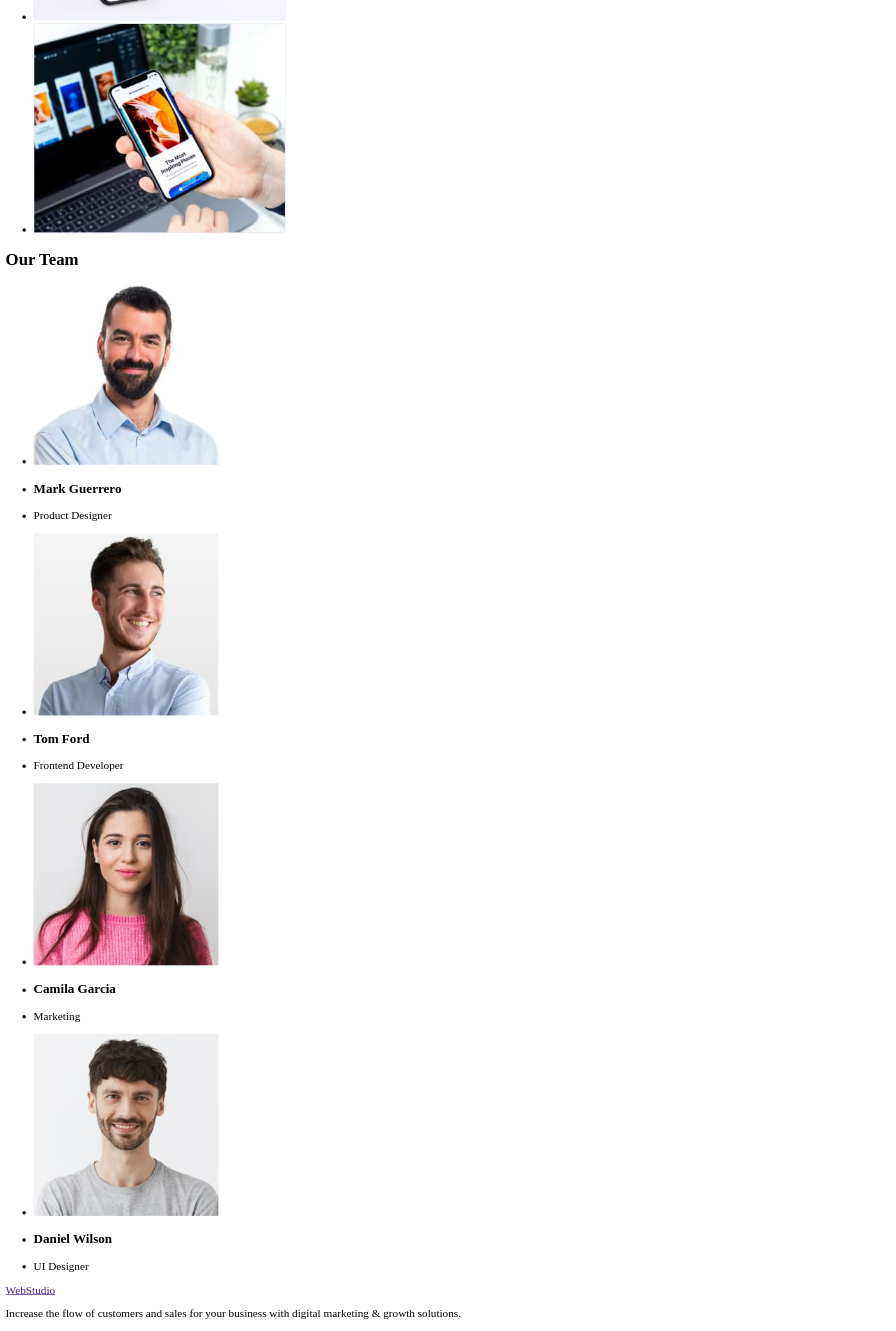
Repository: GrishchenkoNataliya/goit-markup-hw-02
Page: index.html
The author's editor kept a copy of each file at every save. The page is drawn from the files as they stood at one save, then again after the next save.
The browser window is 1280 px wide. The pictures show the part of the page from y = 1190 to 3110 px (the page is 3092 px tall before and 3110 px after), at 70% of full size.

Above is the page before, as saved 2023-02-26 01:22:29.

### index.html
<!DOCTYPE html>
<html lang="en">
  <head>
    <meta charset="UTF-8" />
    <meta http-equiv="X-UA-Compatible" content="IE=edge" />
    <meta name="viewport" content="width=device-width, initial-scale=1.0" />
    <title>homework_1</title>
  </head>
  <body>
    <header>
      <nav></nav>
      <p>
        <a href="">Web</a><a href="">Studio</a>
        <!-- <a href="./index.html"
          ><img src="./images/logo.svg" alt="site logo" /><img
            src="./images/logo2.svg"
            alt="site logo2"
        /></a> -->
      </p>
      <ul>
        <li>
          <a href="" target="_blank" rel="noopener noreferrer nofollow"
            >Studio</a
          >
        </li>
        <li>
          <a href="" target="_blank" rel="noopener noreferrer nofollow"
            >Portfolio</a
          >
        </li>
        <li>
          <a href="" target="_blank" rel="noopener noreferrer nofollow"
            >Contacts</a
          >
        </li>
      </ul>
      <a
        href="mailto:info@devstudio.com"
        target="_blank"
        rel="noopener noreferrer nofollow"
        >info@devstudio.com</a
      >
      <a
        href="tel:+110001111111"
        target="_blank"
        rel="noopener noreferrer nofollow"
        >+11 (000) 111-11-11</a
      >
      <h1>Effective Solutions for Your Business</h1>
      <button type="button">Order Service</button>
      <!-- Dark-bg -->
    </header>
    <main>
      <section>
        <h3>Strategy</h3>
        <p>
          Our goal is to identify the business problem to walk away with the
          perfect and creative solution.
        </p>
        <h3>Punctuality</h3>
        <p>
          Bring the key message to the brand's audience for the best price
          within the shortest possible time.
        </p>
        <h3>Diligence</h3>
        <p>
          Research and confirm brands that present the strongest digital growth
          opportunities and minimize risk.
        </p>
        <h3>Technologies</h3>
        <p>
          Design practice focused on digital experiences. We bring forth a deep
          passion for problem-solving.
        </p>
      </section>
      <section>
        <h2>What are we doing</h2>
        <ul>
          <li>
            <img
              src="./images/Rectangle71-1.jpg"
              alt="Rectangle 71-1"
              width="360"
              height="300"
            />
          </li>
          <li>
            <img
              src="./images/Rectangle71-2.jpg"
              alt="Rectangle 71-2"
              width="360"
              height="300"
            />
          </li>
          <li>
            <img
              src="./images/Rectangle71-3.jpg"
              alt="Rectangle 71-3"
              width="360"
              height="300"
            />
          </li>
        </ul>
      </section>
      <section>
        <h2>Our Team</h2>
        <ul>
          <li>
            <img
              src="./images/img1.jpg"
              alt="Mark Guerrero"
              width="264"
              height=""
            />
          </li>
          <li><h3>Mark Guerrero</h3></li>
          <li><p>Product Designer</p></li>
        </ul>
        <ul>
          <li>
            <img
              src="./images/img2.jpg"
              alt="Tom Ford"
              width="264"
              height="auto"
            />
          </li>
          <li><h3>Tom Ford</h3></li>
          <li><p>Frontend Developer</p></li>
        </ul>
        <ul>
          <li>
            <img
              src="./images/img3.jpg"
              alt="Camila Garcia"
              width="264"
              height="auto"
            />
          </li>
          <li><h3>Camila Garcia</h3></li>
          <li><p>Marketing</p></li>
        </ul>
        <ul>
          <li>
            <img
              src="./images/img4.jpg"
              alt="Daniel Wilson"
              width="264"
              height=""
            />
          </li>
          <li><h3>Daniel Wilson</h3></li>
          <li><p>UI Designer</p></li>
        </ul>
      </section>
    </main>
    <footer>
      <p>
        <a href="">Web</a><a href="">Studio</a>
        <!-- <a href="./index.html"
              ><img src="./images/logo.svg" alt="site logo" /><img
                src="./images/logo2.svg"
                alt="site logo2"
            /></a> -->
      </p>
      <p>
        Increase the flow of customers and sales for your business with digital
        marketing & growth solutions.
      </p>
      <!-- Dark-bg -->
    </footer>
  </body>
</html>

After the next save:
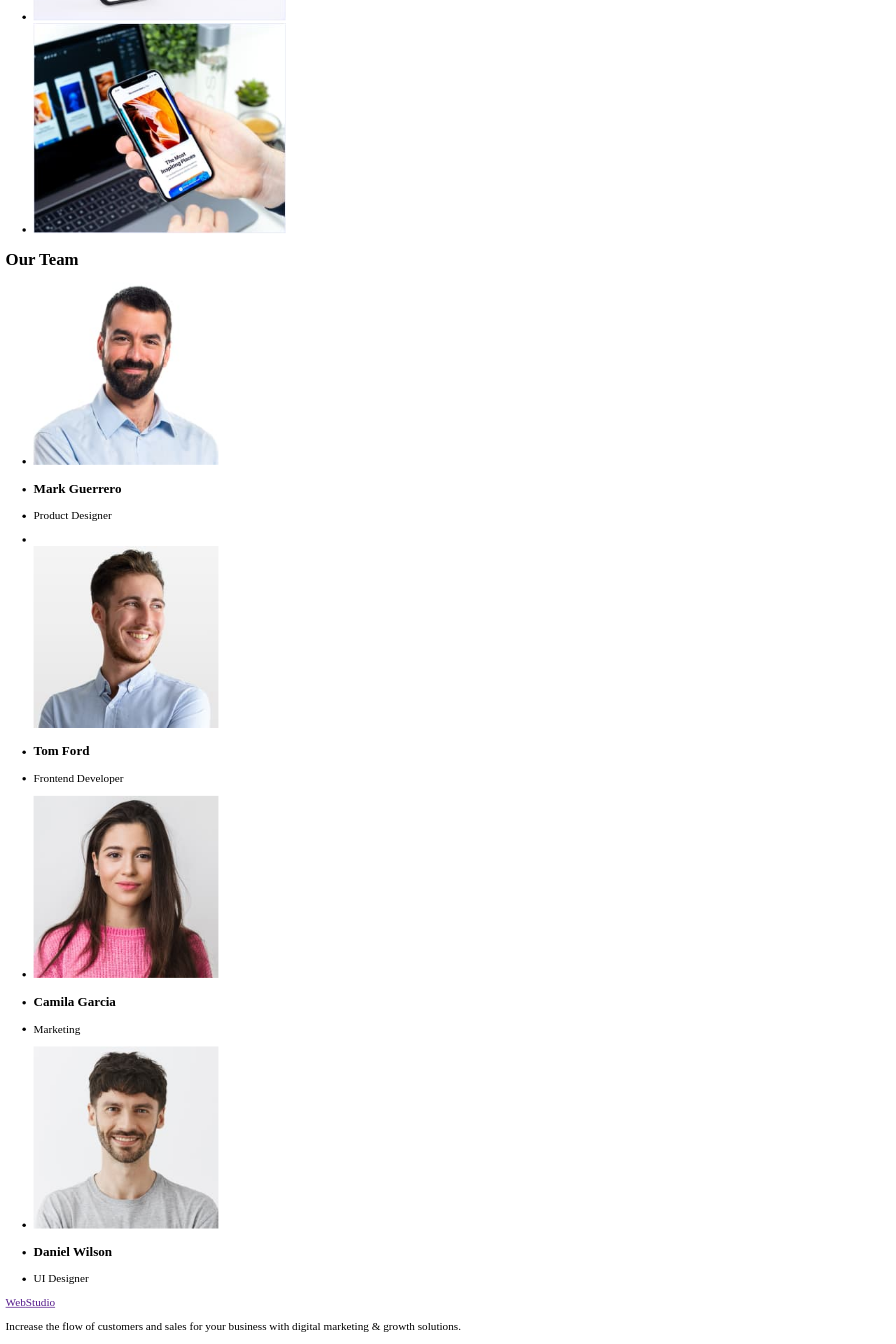
Saved 11 s later.
--- a/index.html
+++ b/index.html
@@ -117,7 +117,7 @@
           <li><p>Product Designer</p></li>
         </ul>
         <ul>
-          <li>
+          <li></li>
             <img
               src="./images/img2.jpg"
               alt="Tom Ford"

After the save that followed:
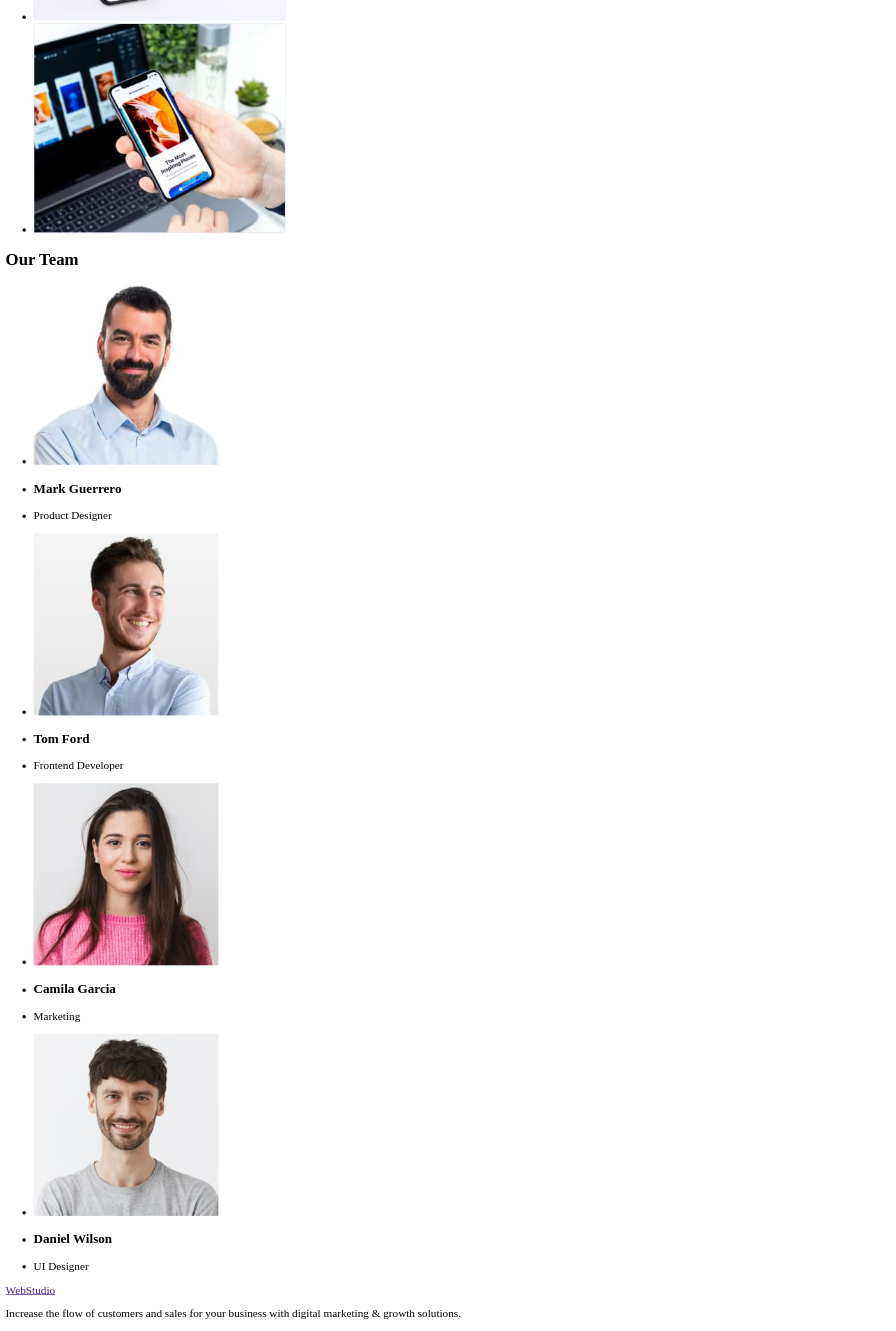
Saved 86 s later.
--- a/index.html
+++ b/index.html
@@ -117,7 +117,7 @@
           <li><p>Product Designer</p></li>
         </ul>
         <ul>
-          <li></li>
+          <li>
             <img
               src="./images/img2.jpg"
               alt="Tom Ford"
